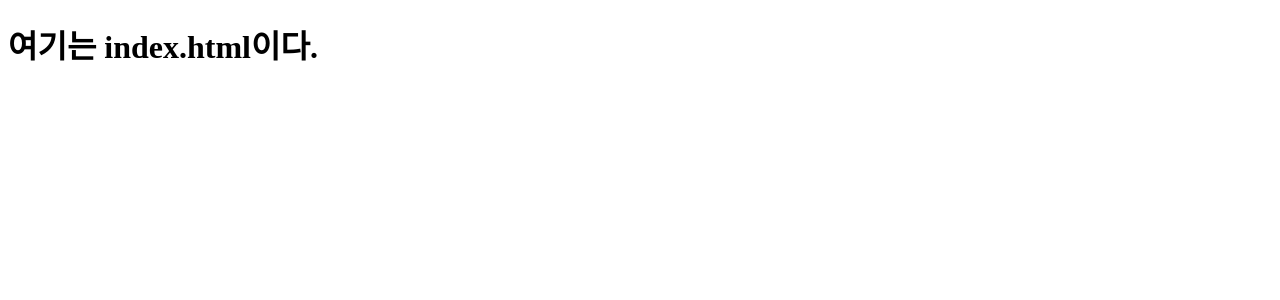
Repository: kong980/EclipseWork
Page: ServletTest3/src/main/webapp/Index.html
These files come from the project's save history. The page is drawn as it stood at one moment and after the next save; the edit follows.
The browser window is 1280 px wide. The pictures show the whole page.

Above is the page before, as saved 2023-09-14 02:59:24.

After the next save:
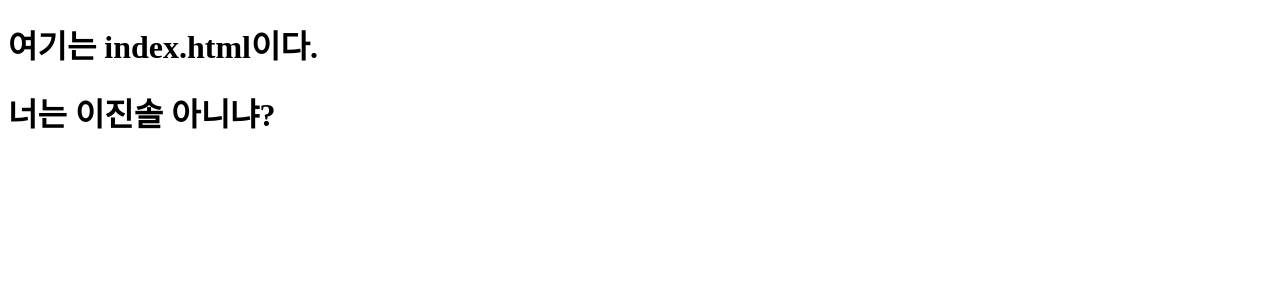
Saved 53 s later.
--- a/ServletTest3/src/main/webapp/Index.html
+++ b/ServletTest3/src/main/webapp/Index.html
@@ -6,5 +6,6 @@
 </head>
 <body>
 	<h1>여기는 index.html이다.</h1>
+	<h1>너는 이진솔 아니냐?</h1>
 </body>
 </html>
